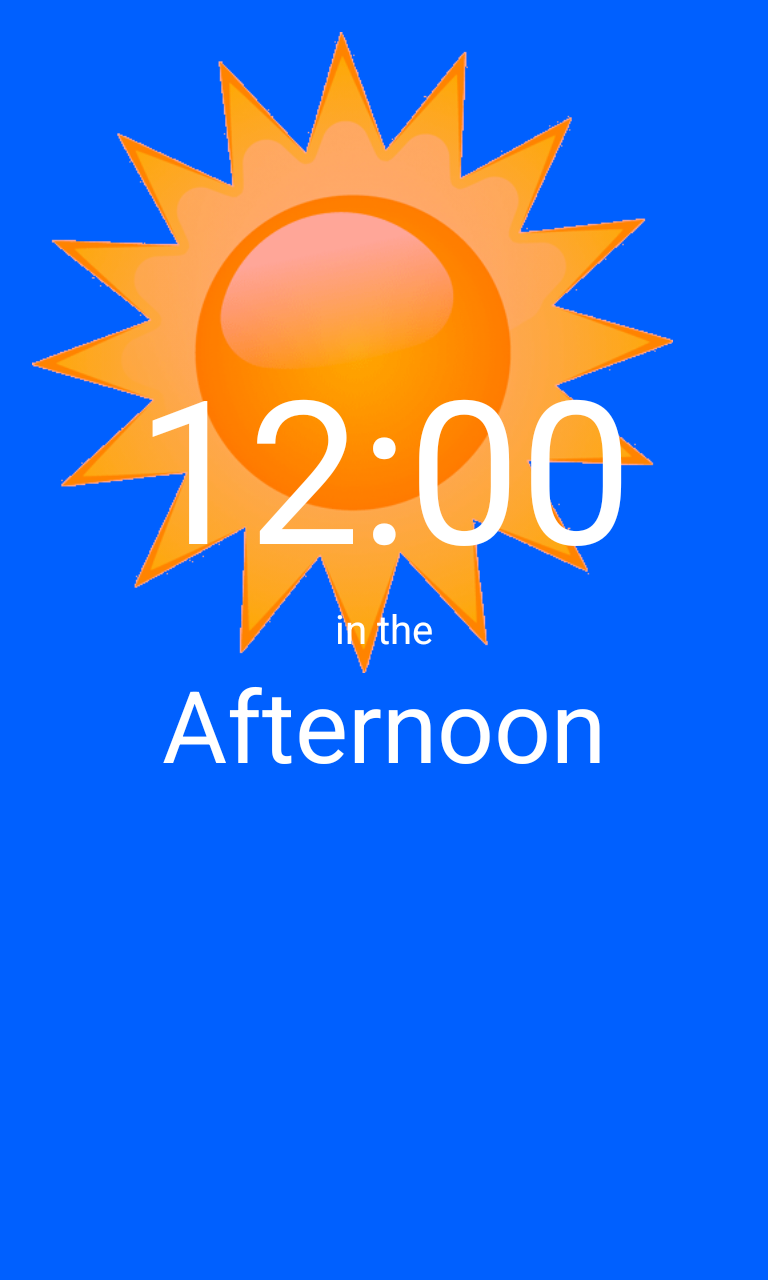
Repository: DinkyDetailsLLC/ADP2
Layout: WakeTimerforKids/res/layout/activity_main.xml
The author's editor kept a copy of each file at every save. The layout is drawn from the files as they stood at one save, then again after the next save.
It is drawn on a 768 x 1280 px phone screen (xhdpi) without system bars, with theme AppTheme; the app's code is not run.

Above is the layout before, as saved 2014-02-12 05:58:42.

### WakeTimerforKids/res/layout/activity_main.xml
<RelativeLayout xmlns:android="http://schemas.android.com/apk/res/android"
    xmlns:tools="http://schemas.android.com/tools"
    android:layout_width="match_parent"
    android:layout_height="match_parent"
    android:background="@color/blue"
    android:paddingBottom="@dimen/activity_vertical_margin"
    android:paddingLeft="@dimen/activity_horizontal_margin"
    android:paddingRight="@dimen/activity_horizontal_margin"
    android:paddingTop="@dimen/activity_vertical_margin"
    tools:context=".MainActivity" >

    	<ImageView
      	android:layout_width="wrap_content"
      	android:layout_height="wrap_content"
      	android:tint="#55ff0000"
     	 android:src="@drawable/sun"/>



        <TextClock
        android:id="@+id/textclock1"
        android:layout_width="wrap_content"
        android:layout_height="wrap_content"
        android:layout_centerHorizontal="true"
        android:layout_marginTop="150dp"
        android:textColor="@color/white"
        android:textSize="100sp"
        android:format12Hour="h:mm"
        android:text="@string/clock" />

        <TextView
        android:id="@+id/smallClockText"
        android:layout_width="wrap_content"
        android:layout_height="wrap_content"
        android:layout_below="@id/textclock1"
        android:layout_centerInParent="true"
        android:layout_marginTop="1dp"
        android:textColor="@color/white"
        android:textSize="20sp"
        android:text="@string/smallClockText"
        />
        <TextView
        android:id="@+id/largeClockText"
        android:layout_width="wrap_content"
        android:layout_height="wrap_content"
        android:layout_below="@id/smallClockText"
        android:layout_centerInParent="true"
        android:layout_marginTop="1dp"
        android:textColor="@color/white"
        android:textSize="50sp"
        android:text="@string/largeClockText"
        />


</RelativeLayout>

### WakeTimerforKids/res/values/color.xml
<?xml version="1.0" encoding="utf-8"?>
<resources>
   <color name="white">#ffffff</color>
   <color name="black">#000000</color>
   <color name="blue">#0060ff</color>

</resources>

### WakeTimerforKids/res/values/strings.xml
<?xml version="1.0" encoding="utf-8"?>
<resources>

    <string name="app_name">WakeTimerforKids</string>
    <string name="action_settings">Settings</string>
    <string name="hello_world">Hello world!</string>
 	<string name="clock">Clock</string>
 	<string name="smallClockText">in the</string>
 	<string name="largeClockText">Afternoon</string>

</resources>

Loaded but not shown: WakeTimerforKids/res/values/styles.xml (common file); WakeTimerforKids/res/values-v11/styles.xml (common file); WakeTimerforKids/res/values-v14/styles.xml (common file); WakeTimerforKids/res/values/dimens.xml (common file)

After the next save:
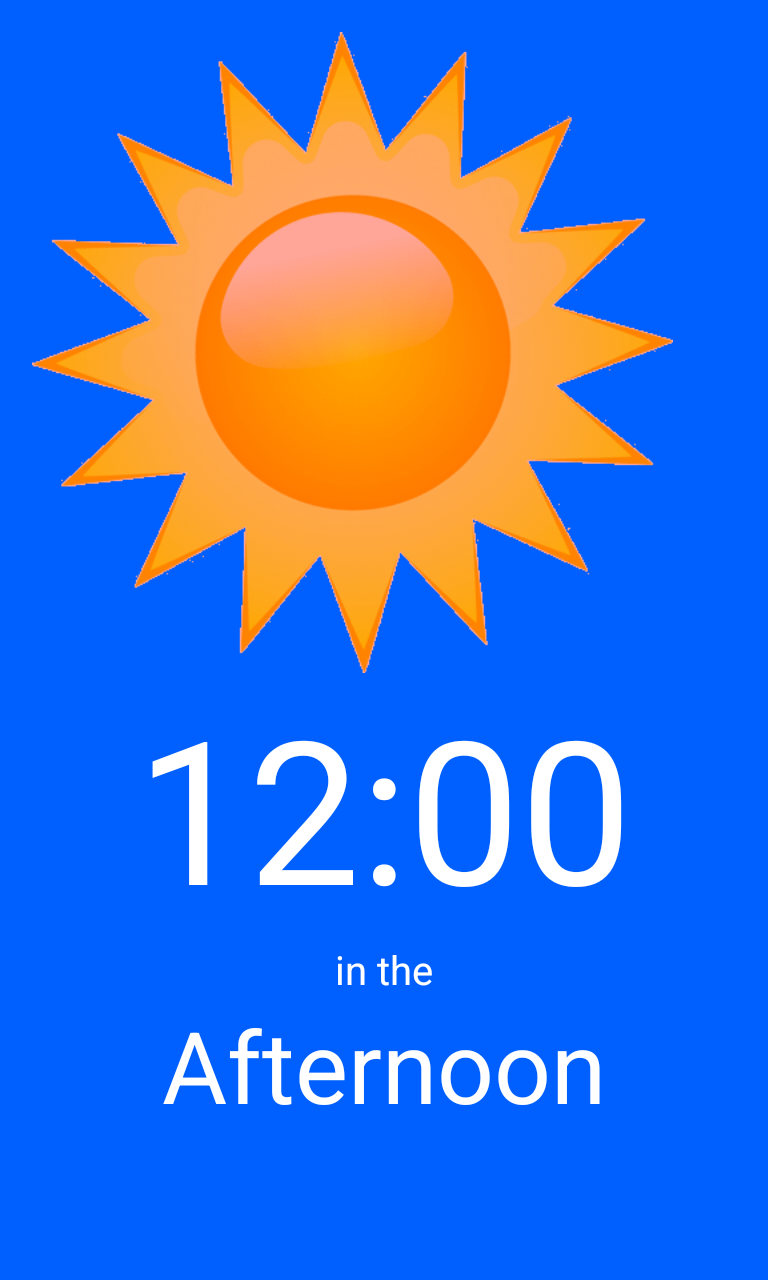
Saved 68 s later.
--- a/WakeTimerforKids/res/layout/activity_main.xml
+++ b/WakeTimerforKids/res/layout/activity_main.xml
@@ -10,6 +10,7 @@
     tools:context=".MainActivity" >
 
     	<ImageView
+    	android:id="@+id/dayNightImage"
       	android:layout_width="wrap_content"
       	android:layout_height="wrap_content"
       	android:tint="#55ff0000"
@@ -22,7 +23,8 @@
         android:layout_width="wrap_content"
         android:layout_height="wrap_content"
         android:layout_centerHorizontal="true"
-        android:layout_marginTop="150dp"
+        android:layout_below="@id/dayNightImage"
+
         android:textColor="@color/white"
         android:textSize="100sp"
         android:format12Hour="h:mm"
